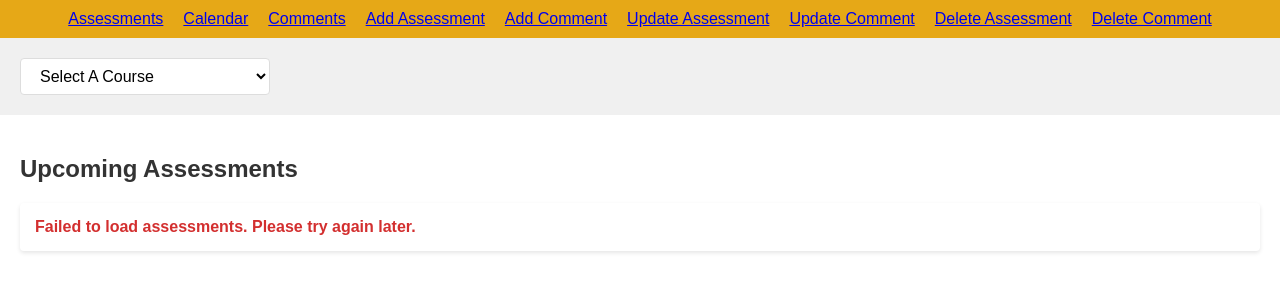
Repository: zunairahamid/Mizan-App
Page: cmps350group7-main/mizan_app/get_assessments/instructor-get-assessments/index.html
The author's editor kept a copy of each file at every save. The page is drawn from the files as they stood at one save, then again after the next save.
The browser window is 1280 px wide. The pictures show the whole page.
The page's requests for data from a server got no answer.

Above is the page before, as saved 2025-04-14 01:36:33.

### cmps350group7-main/mizan_app/get_assessments/instructor-get-assessments/index.html
<!DOCTYPE html>
<html lang="en">
    <head>
        <meta charset="UTF-8">
        <meta name="viewport" content="width=device-width, initial-scale=1.0">
        <title>Dashboard - Mizan</title>
        <link rel="stylesheet" href="styles.css">
    </head>
    <body>
        <div class="dashboard">
            <nav>
                <a href="../../get_assessments/student-get-assessments/index.html">Assessments</a>
                    <a href="#calendar">Calendar</a>
                    <a href="../../get_comment/index.html">Comments</a>
                    <a href="../../add_assessments/index.html">Add Assessment</a>
                    <a href="../../add_course_comment/index.html">Add Comment</a>
                    <a href="../../update_assessments/index.html">Update Assessment</a>
                    <a href="../../update_comment/index.html">Update Comment</a>
                    <a href="../../delete_assessments/index.html">Delete Assessment</a>
                    <a href="../../delete_comment/index.html">Delete Comment</a>

            </nav>
        </div>
        <div class="main-content">
            <div class="dropdown">
                <select id="courses">
                    <option value="">Select A Course</option>
                </select>
            </div>
            <div class="content">
                <h2>Upcoming Assessments</h2>
                <ul id="upcoming-assessments"></ul>
            </div>
        </div>
        </div>
        <script src="script.js"></script>
    </body>
</html>

### cmps350group7-main/mizan_app/get_assessments/instructor-get-assessments/styles.css
:root {
    --primary-color: #004225;
    --secondary-color: #e6a817;
    --background-light: #f9f9f9;
    --background-dark: #121212;
    --text-light: #ffffff;
    --text-dark: #333333;
    --link-color: #ff8c00;

}

body {
    font-family: Arial, Helvetica, sans-serif;
    margin: 0;
    padding: 0;
    color: var(--text-dark);
}

.dashboard {
    background: var(--secondary-color);
    padding: 10px 20px;
    box-shadow: 0 2px 5px rgba(0, 0, 0, 0.1);

}

nav {
    display: flex;
    justify-content: center;
    gap: 20px;
}

.nav-bar a:hover {
    color: var(--primary-color);
}

.main-content {
    flex: 1;
    display: flex;
    flex-direction: column;
}

.content {
    padding: 20px;
}

.dropdown {
    padding: 20px;
    background: #f0f0f0;
}

.dropdown select {
    padding: 8px 15px;
    border: 1px solid #ddd;
    border-radius: 4px;
    background: white;
    font-size: 16px;
    cursor: pointer;
    width: 250px;
}

#upcoming-assessments {
    list-style: none;
    padding: 0;
    margin: 0;
}

#upcoming-assessments li {
    background: white;
    margin: 10px 0;
    padding: 15px;
    border-radius: 4px;
    box-shadow: 0 2px 4px rgba(0,0,0,0.1);
}

.assessment-header {
    display: flex;
    justify-content: space-between;
    align-items: center;
    margin-bottom: 10px;
    border-bottom: 1px solid #eee;
    padding-bottom: 10px;
}

.assessment-header h3 {
    margin: 0;
    color: var(--primary-color);
}

.course-code {
    background: var(--secondary-color);
    color: white;
    padding: 3px 8px;
    border-radius: 3px;
    font-size: 14px;
}

.assessment-details {
    display: grid;
    grid-template-columns: repeat(auto-fill, minmax(200px, 1fr));
    gap: 10px;
}

.assessment-details span {
    font-size: 14px;
}

.error {
    color: #d32f2f;
    font-weight: bold;
    padding: 10px;
    background-color: #ffebee;
    border-radius: 4px;
}

### cmps350group7-main/mizan_app/get_assessments/instructor-get-assessments/script.js
document.addEventListener("DOMContentLoaded", async function() {
    try {
        const response = await fetch("/api/assessments" );

        if (!response.ok) {
            throw new Error(`Failed to fetch data: ${response.status}`);
        }

        const assessments = await response.json();

        if (!Array.isArray(assessments)) {
            throw new Error("Invalid data format: expected array");
        }

        // Populate course dropdown
        populateCourseDropdown(assessments);

        // Display all assessments initially
        displayAssessments(assessments);

        // Add event listener for course filter
        document.getElementById("courses").addEventListener("change", function() {
            const selectedCourse = this.value;
            if (selectedCourse) {
                const filtered = assessments.filter(a => a.coursecode === selectedCourse);
                displayAssessments(filtered);
            } else {
                displayAssessments(assessments);
            }
        });

    } catch (error) {
        console.error("Error:", error);
        displayErrorMessage("Failed to load assessments. Please try again later.");
    }
});

function populateCourseDropdown(assessments) {
    const courseSelect = document.getElementById("courses");
    const courses = new Set();

    assessments.forEach(assessment => {
        if (assessment.coursecode) {
            courses.add(assessment.coursecode);
        }
    });

    courses.forEach(course => {
        const option = document.createElement("option");
        option.value = course;
        option.textContent = course;
        courseSelect.appendChild(option);
    });
}

function displayAssessments(assessments) {
    const assessmentsList = document.getElementById("upcoming-assessments");

    if (!assessmentsList) return;

    assessmentsList.innerHTML = "";

    if (assessments.length === 0) {
        assessmentsList.innerHTML = "<li>No assessments found</li>";
        return;
    }

    assessments.forEach(assessment => {
        const li = document.createElement("li");
        li.innerHTML = `
            <div class="assessment-header">
                <h3>${assessment.title}</h3>
                <span class="course-code">${assessment.coursecode}</span>
            </div>
            <div class="assessment-details">
                <span><strong>Course:</strong> ${assessment.coursename}</span>
                <span><strong>Due:</strong> ${formatDate(assessment.duedate)}</span>
                <span><strong>Type:</strong> ${assessment.assessmenttype}</span>
                <span><strong>Weight:</strong> ${assessment.weight}</span>
                <span><strong>Effort:</strong> ${assessment.efforthours} hours</span>
            </div>
        `;
        assessmentsList.appendChild(li);
    });
}

function formatDate(dateString) {
    const [day, month, year] = dateString.split("-");
    return new Date(`${month}/${day}/${year}`).toLocaleDateString('en-US', {
        year: 'numeric',
        month: 'long',
        day: 'numeric'
    });
}

function displayErrorMessage(message) {
    const assessmentsList = document.getElementById("upcoming-assessments");
    if (assessmentsList) {
        assessmentsList.innerHTML = `<li class="error">${message}</li>`;
    }
}

After the next save:
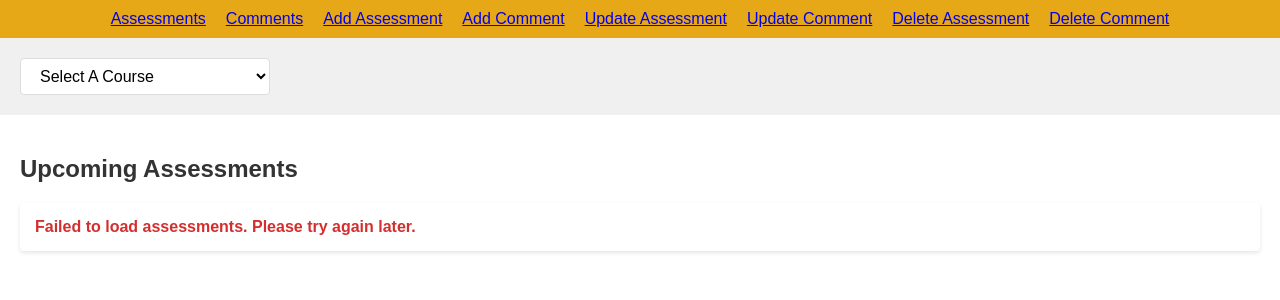
Saved 35 s later.
--- a/cmps350group7-main/mizan_app/get_assessments/instructor-get-assessments/index.html
+++ b/cmps350group7-main/mizan_app/get_assessments/instructor-get-assessments/index.html
@@ -10,7 +10,6 @@
         <div class="dashboard">
             <nav>
                 <a href="../../get_assessments/student-get-assessments/index.html">Assessments</a>
-                    <a href="#calendar">Calendar</a>
                     <a href="../../get_comment/index.html">Comments</a>
                     <a href="../../add_assessments/index.html">Add Assessment</a>
                     <a href="../../add_course_comment/index.html">Add Comment</a>
